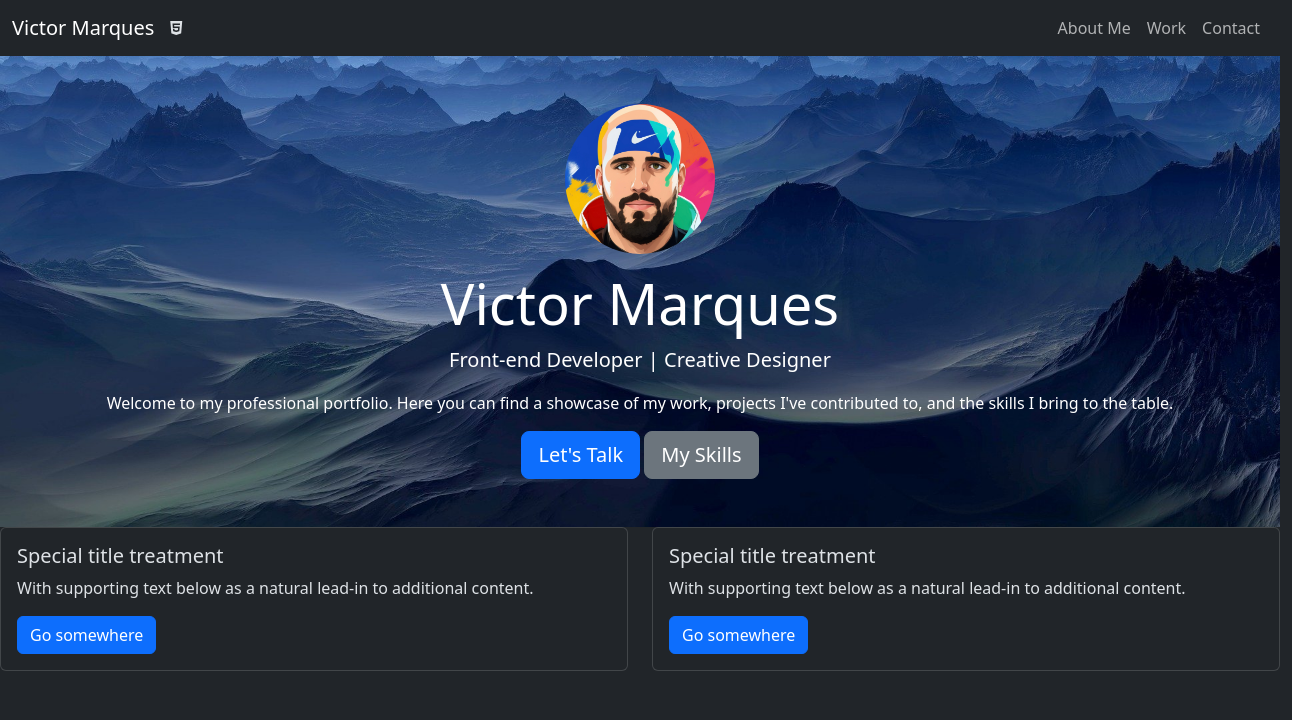
Repository: uvee35/Bootstrap-Portfolio
Page: index.html
An editor plug-in stored every save of this project. The page is shown before and after the next save, followed by the edit.
The browser window is 1280 px wide. The page is 1292 px wide, so the pictures cover 1292 px, including what lies to the right of the window. The pictures show the whole page.

Above is the page before, as saved 2023-12-17 07:02:07.

### index.html
<!DOCTYPE html>
<html lang="en" data-bs-theme="dark">
  <head>
    <meta charset="utf-8" />
    <meta name="viewport" content="width=device-width, initial-scale=1" />
    <title>Bootstrap demo</title>
    <link
      href="https://cdn.jsdelivr.net/npm/bootstrap@5.3.2/dist/css/bootstrap.min.css"
      rel="stylesheet"
      integrity="sha384-T3c6CoIi6uLrA9TneNEoa7RxnatzjcDSCmG1MXxSR1GAsXEV/Dwwykc2MPK8M2HN"
      crossorigin="anonymous"
    />
    <link rel="stylesheet" href="./css/style.css">
    <link rel="stylesheet" href="https://cdnjs.cloudflare.com/ajax/libs/font-awesome/5.15.4/css/all.min.css">

  </head>
  <body>
   <!-- Navbar -->
<nav class="navbar navbar-expand-lg navbar-light bg-dark">
  <div class="container-fluid">
    <!-- Brand/logo -->
    <a class="navbar-brand" href="#home">Victor Marques</a>
    <i class="fab fa-html5"></i>

    <!-- Toggle button for small screens -->
    <button class="navbar-toggler" type="button" data-bs-toggle="collapse" data-bs-target="#navbarNavAltMarkup" aria-controls="navbarNavAltMarkup" aria-expanded="false" aria-label="Toggle navigation">
      <span class="navbar-toggler-icon"></span>
    </button>

    <!-- Navbar links -->
    <div class="collapse navbar-collapse justify-content-end" id="navbarNavAltMarkup">
      <div class="navbar-nav">

        <a class="nav-link" href="#about-me">About Me</a>
        <a class="nav-link" href="#work">Work</a>
        <a class="nav-link" href="#contact">Contact</a>
      </div>
    </div>
  </div>
</nav>

<!-- Hero Section -->
<section class="hero-section bg-dark text-center py-5">
  <div class="container">
    <img src="./css/images/victor.JPG" alt="Your Name" class="rounded-circle mb-3" style="width: 150px; height: 150px;">
    <h1 class="display-4">Victor Marques</h1>
    <p class="lead">Front-end Developer | Creative Designer</p>
    <p>Welcome to my professional portfolio. Here you can find a showcase of my work, projects I've contributed to, and the skills I bring to the table.</p>
  </div>
  <button type="button" class="btn btn-primary btn-lg">Let's Talk</button>
<button type="button" class="btn btn-secondary btn-lg">My Skills</button>
</section>

<!-- Work Section -->
<div class="row">
  <div class="col-sm-6 mb-3 mb-sm-0">
    <div class="card">
      <div class="card-body">
        <h5 class="card-title">Special title treatment</h5>
        <p class="card-text">With supporting text below as a natural lead-in to additional content.</p>
        <a href="#" class="btn btn-primary">Go somewhere</a>
      </div>
    </div>
  </div>
  <div class="col-sm-6">
    <div class="card">
      <div class="card-body">
        <h5 class="card-title">Special title treatment</h5>
        <p class="card-text">With supporting text below as a natural lead-in to additional content.</p>
        <a href="#" class="btn btn-primary">Go somewhere</a>
      </div>
    </div>
  </div>
</div>











   </div>


    <script
      src="https://cdn.jsdelivr.net/npm/bootstrap@5.3.2/dist/js/bootstrap.bundle.min.js"
      integrity="sha384-C6RzsynM9kWDrMNeT87bh95OGNyZPhcTNXj1NW7RuBCsyN/o0jlpcV8Qyq46cDfL"
      crossorigin="anonymous"
    ></script>
  </body>
</html>

### css/style.css
.hero-section {
    background-color: #121212; /* Dark background color */
    color: #ffffff; /* White text color for contrast */
    position: relative; /* Position relative for absolute positioning of buttons */
    z-index: 1; /* Ensure the layering is correct */
  }


  .hero-buttons {
    position: absolute;
    bottom: 20px;
    left: 50%;
    transform: translateX(-50%); /* Center the buttons */
    z-index: 2; /* Above the background image */
  }

  /* If you have a specific background image you want to use */
  .hero-section {
    background-image: url('./images/planet-1702788_1920.jpg');
    background-size: cover;
    background-position: center;
  }

After the next save:
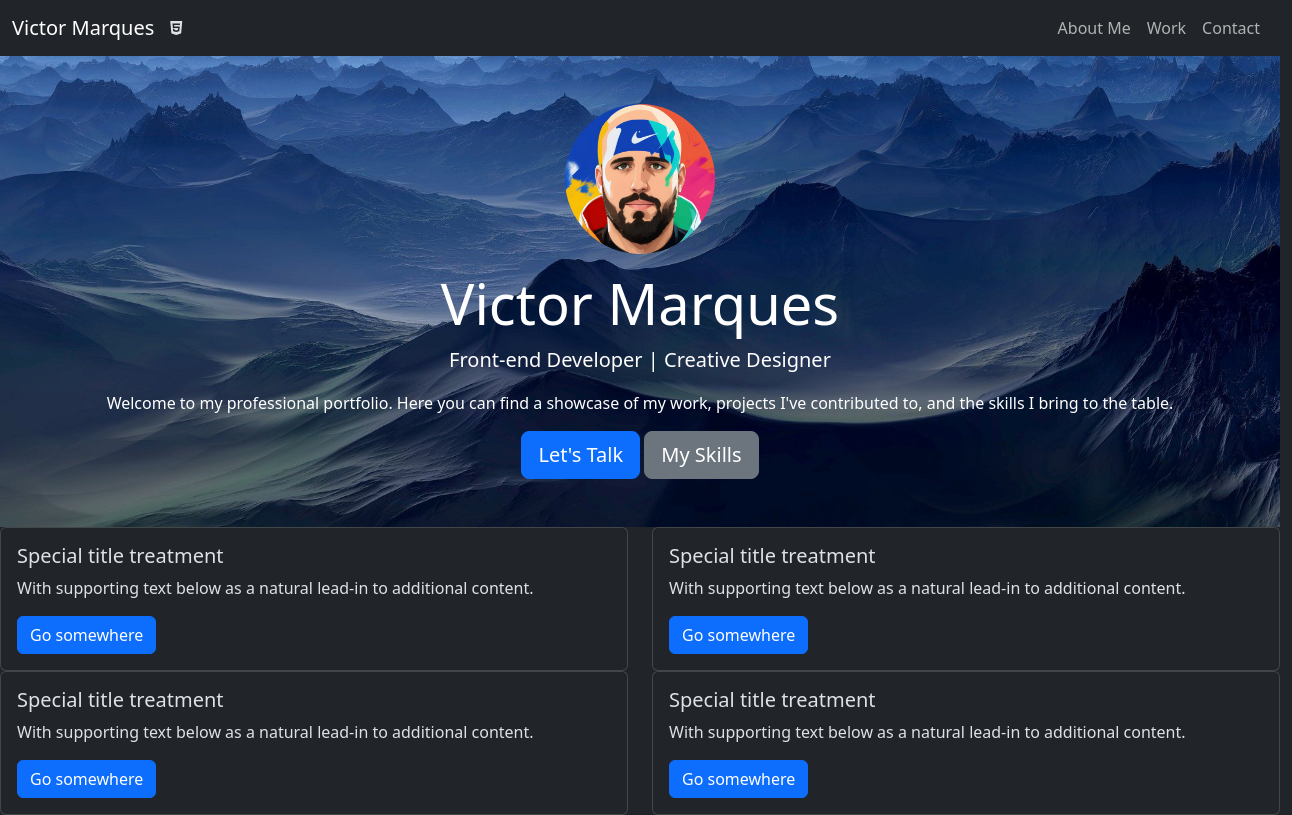
Saved 12 s later.
--- a/index.html
+++ b/index.html
@@ -72,6 +72,26 @@
     </div>
   </div>
 </div>
+<div class="row">
+  <div class="col-sm-6 mb-3 mb-sm-0">
+    <div class="card">
+      <div class="card-body">
+        <h5 class="card-title">Special title treatment</h5>
+        <p class="card-text">With supporting text below as a natural lead-in to additional content.</p>
+        <a href="#" class="btn btn-primary">Go somewhere</a>
+      </div>
+    </div>
+  </div>
+  <div class="col-sm-6">
+    <div class="card">
+      <div class="card-body">
+        <h5 class="card-title">Special title treatment</h5>
+        <p class="card-text">With supporting text below as a natural lead-in to additional content.</p>
+        <a href="#" class="btn btn-primary">Go somewhere</a>
+      </div>
+    </div>
+  </div>
+</div>
 
 
 
